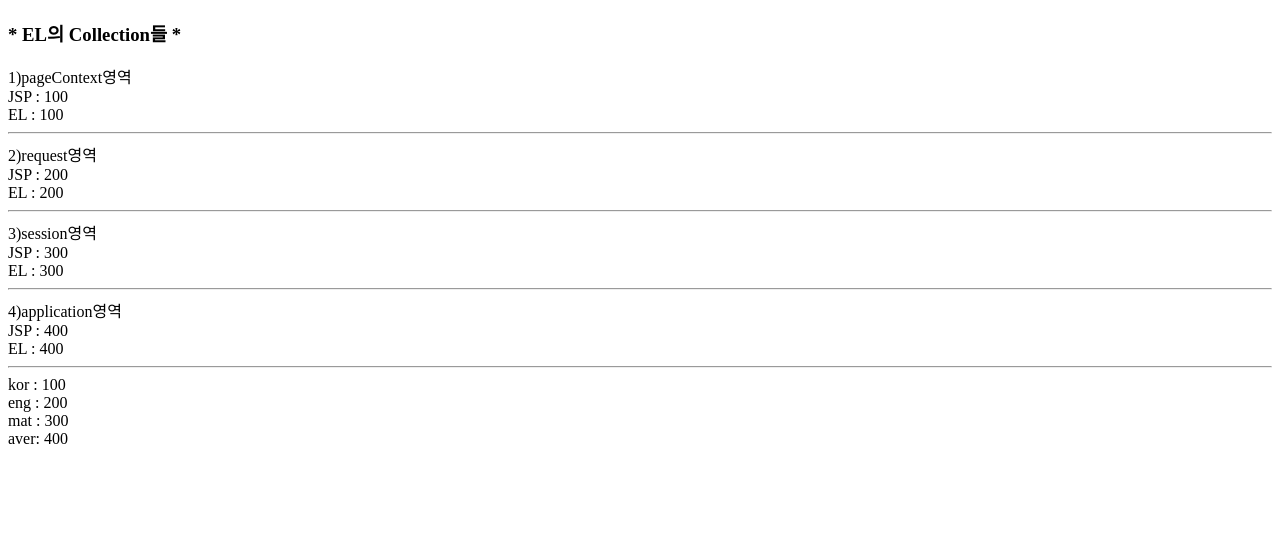
Repository: wlsgml0156/basicJava
Page: http://localhost/mvcTest/el/elTest2.jsp
An editor plug-in stored every save of this project. The page is shown before and after the next save, followed by the edit.
The browser window is 1280 px wide. The pictures show the whole page.
The page is served by Tomcat 9.

Above is the page before, as saved 2020-01-30 01:54:45.

After the next save:
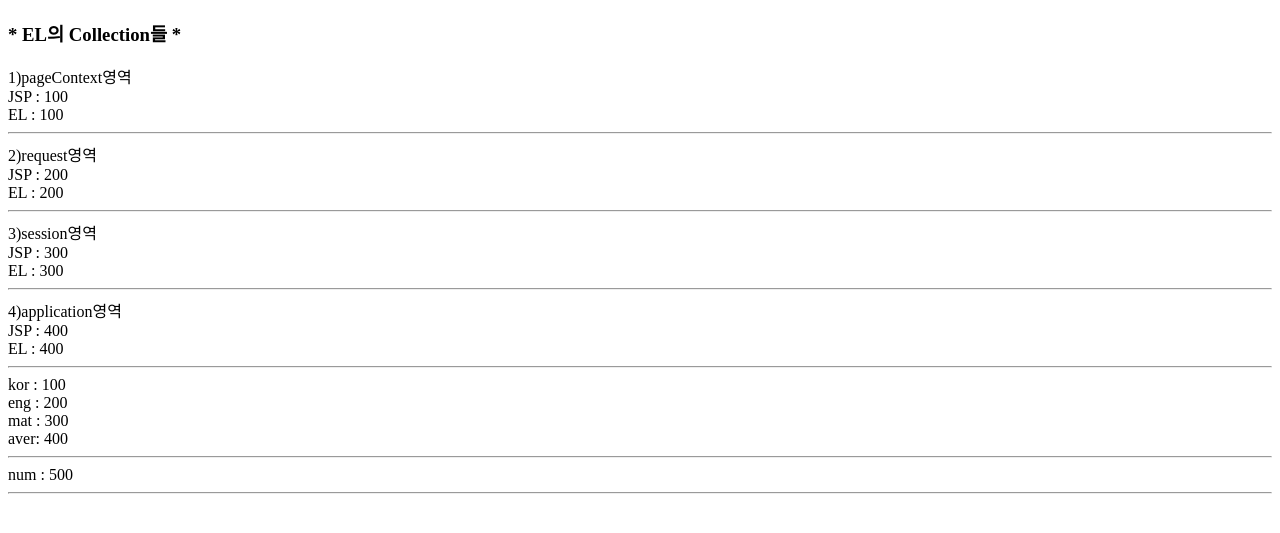
Saved 6 min 48 s later.
--- a/mvcTest/WebContent/el/elTest2.jsp
+++ b/mvcTest/WebContent/el/elTest2.jsp
@@ -34,13 +34,25 @@ EL  : ${sessionScope.mat}<br>
 JSP : <%=application.getAttribute("aver")%><br>
 EL  : ${applicationScope.aver}<br>
 <hr>
-
+<!--
+    EL에서는 Scope이름을 생략할 수 있다
+    page -> request -> session -> application
+    순차적으로 자동으로 검색
+-->
 kor : ${kor}<br>
 eng : ${eng}<br>
 mat : ${mat}<br>
 aver: ${aver}<br>
-
-
+<hr>
+<%
+  //웹의 내장변수명이 중복되는 경우
+  pageContext.setAttribute("num", 500);
+  request.setAttribute("num", 600);
+  session.setAttribute("num", 700);
+  application.setAttribute("num", 800);
+%>
+num : ${num}
+<hr>
 
 
 
